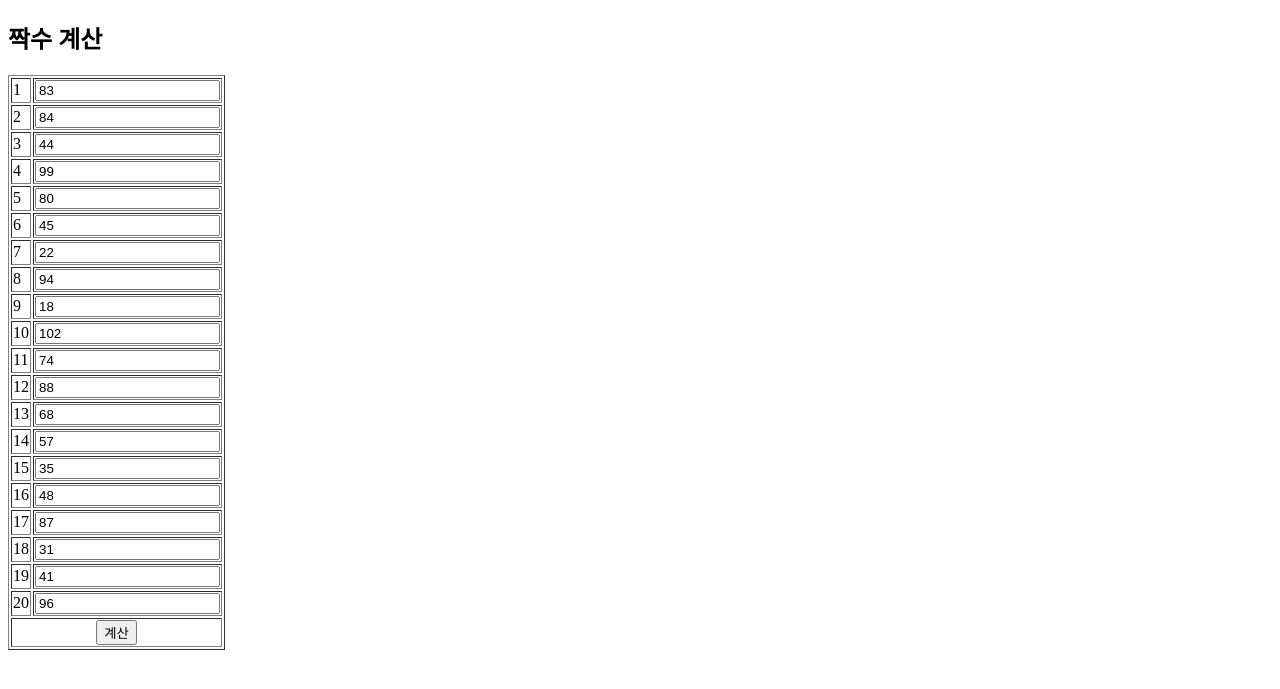
Repository: pshho/newJspProject
Page: http://localhost/JspProj/calc/calc.jsp
An editor plug-in stored every save of this project. The page is shown before and after the next save, followed by the edit.
The browser window is 1280 px wide. The pictures show the whole page.
The page is served by Tomcat 9. Other server files are loaded and not shown.

Above is the page before, as saved 2023-07-27 07:01:51.

### JspProj/src/main/webapp/calc/calc.jsp
<%@ page language="java" contentType="text/html; charset=UTF-8"
    pageEncoding="UTF-8"%>
<%@ taglib uri="http://java.sun.com/jsp/jstl/core" prefix="c" %>
<!DOCTYPE html>
<html>
<head>
<meta charset="UTF-8">
<title>짝수</title>
</head>
<body>
	<h2>짝수 계산</h2>
	<%-- <form action="./calcProcess.jsp" method="post">
		<c:forEach begin="1" end="20">	<!-- for문으로 입력받을 개수 지정 -->
			<input type="text" name="calc"/><br/>
		</c:forEach>
		<br/>
		<input type="submit" value="제출" />
	</form> --%>

	<form action="./calcProcess.jsp">
		<table border="">
			<%
				for(int i=0; i<20; i++){
			%>
			<tr>
				<td><%= i+1 %></td>
				<td><input type="text" name="calc" value="<%= (int)(Math.random()*100)+10 %>"/></td>
			</tr>
			<%
				}
			%>
			<tr>
				<td colspan="2" align="center">
					<input type="submit" value="계산" />
				</td>
			</tr>
		</table>
	</form>
</body>
</html>

After the next save:
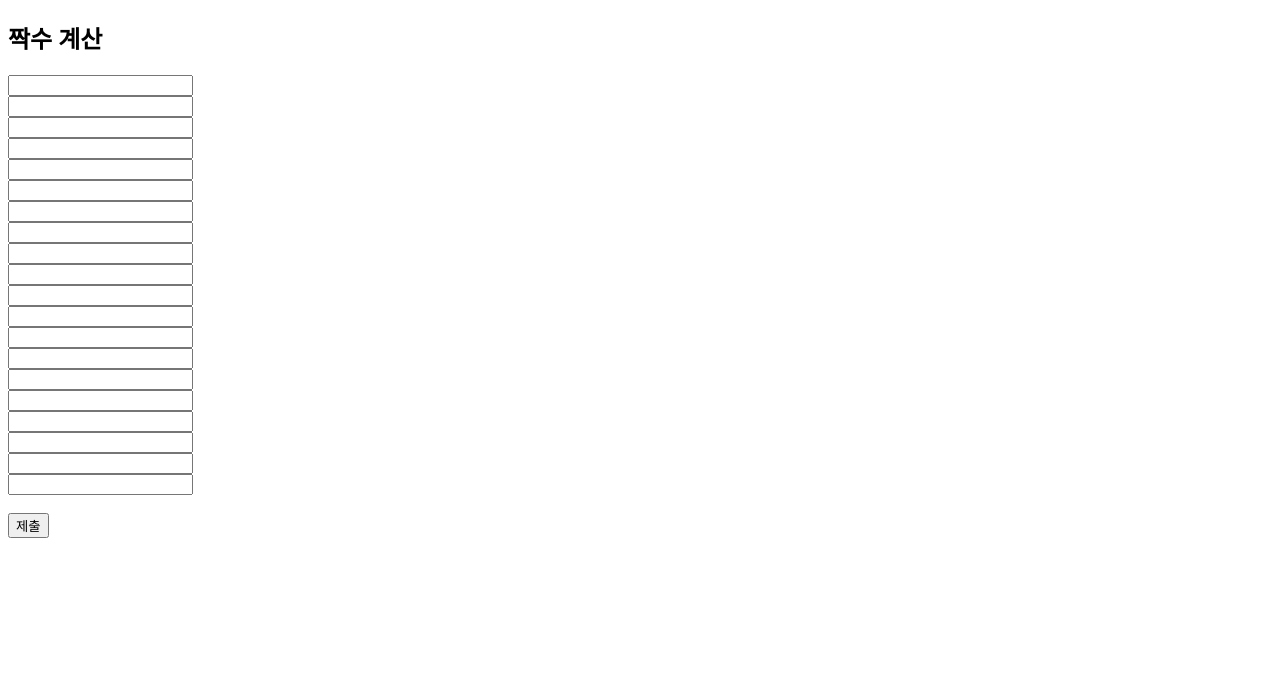
Saved 15 s later.
--- a/JspProj/src/main/webapp/calc/calc.jsp
+++ b/JspProj/src/main/webapp/calc/calc.jsp
@@ -9,15 +9,15 @@
 </head>
 <body>
 	<h2>짝수 계산</h2>
-	<%-- <form action="./calcProcess.jsp" method="post">
+	<form action="./calcProcess.jsp" method="post">
 		<c:forEach begin="1" end="20">	<!-- for문으로 입력받을 개수 지정 -->
 			<input type="text" name="calc"/><br/>
 		</c:forEach>
 		<br/>
 		<input type="submit" value="제출" />
-	</form> --%>
+	</form>
 
-	<form action="./calcProcess.jsp">
+	<%-- <form action="./calcProcess.jsp">
 		<table border="">
 			<%
 				for(int i=0; i<20; i++){
@@ -35,6 +35,6 @@
 				</td>
 			</tr>
 		</table>
-	</form>
+	</form> --%>
 </body>
 </html>
